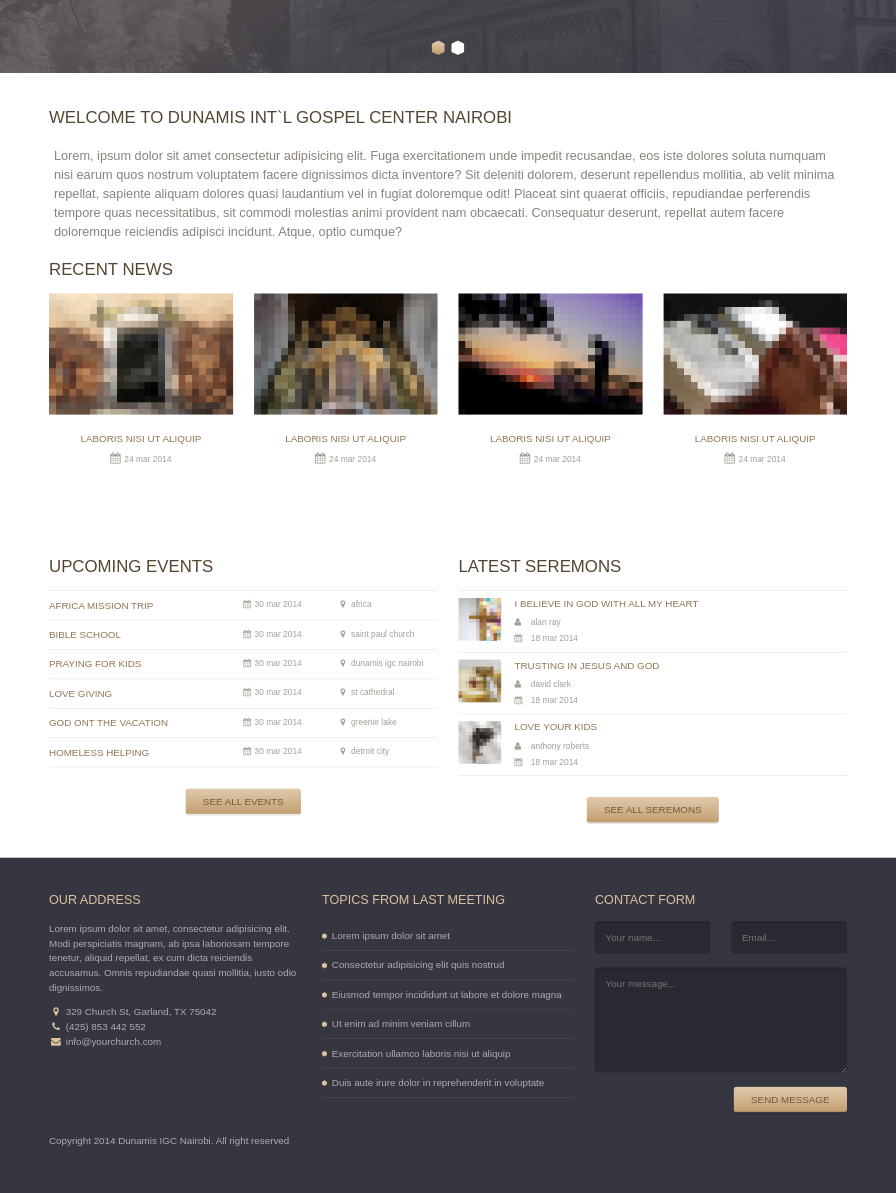
Repository: profbkmurage/churchWebsite
Page: index.html
These files come from the project's save history. The page is drawn as it stood at one moment and after the next save; the edit follows.
The browser window is 1280 px wide. The pictures show the part of the page from y = 716 to 2636 px (the page is 2420 px tall before and 2636 px after), at 70% of full size.

Above is the page before, as saved 2024-07-10 18:48:46.

After the next save:
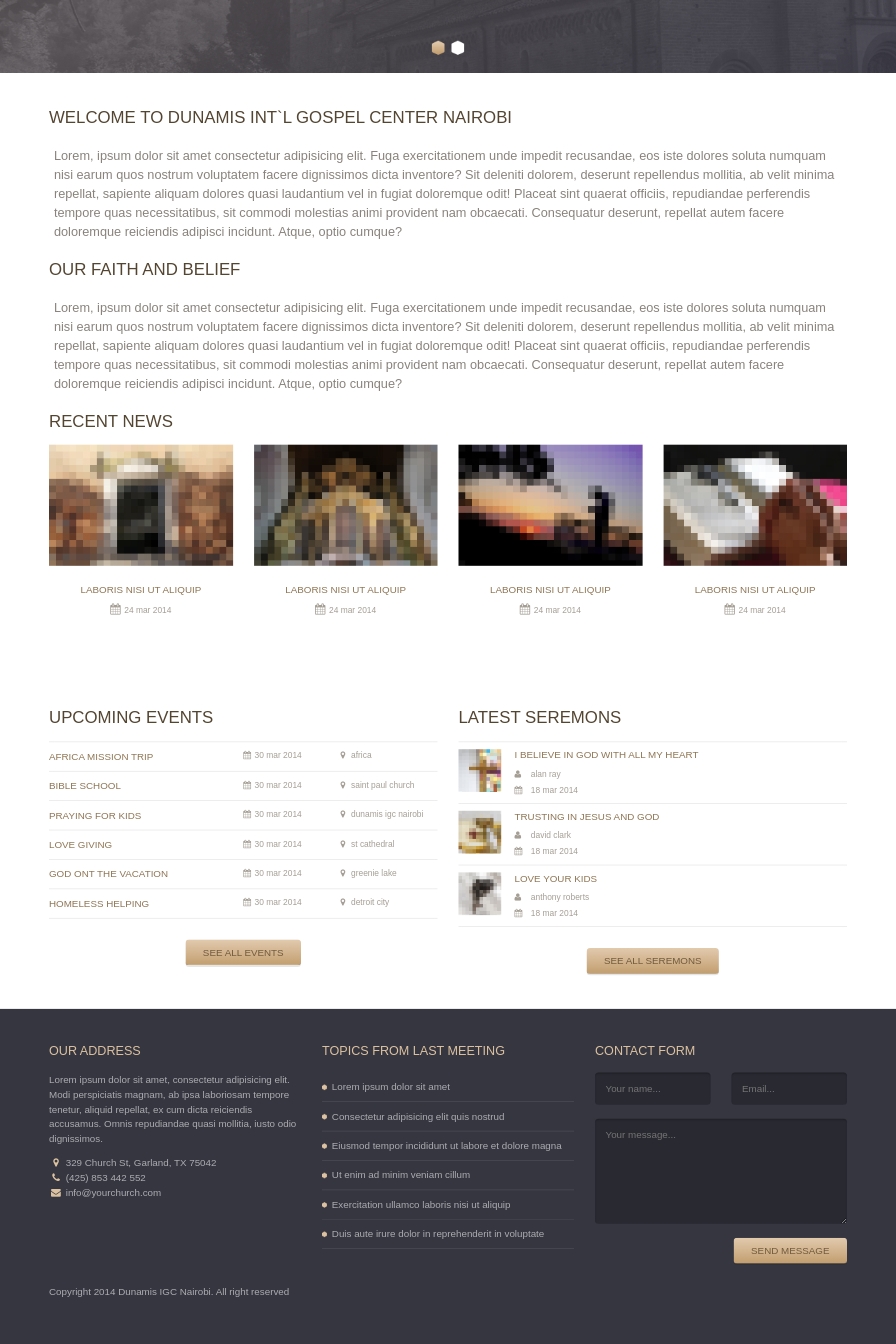
Saved 100 s later.
--- a/index.html
+++ b/index.html
@@ -80,6 +80,10 @@
 						<p class="welcomeNote">
 							Lorem, ipsum dolor sit amet consectetur adipisicing elit. Fuga exercitationem unde impedit recusandae, eos iste dolores soluta numquam nisi earum quos nostrum voluptatem facere dignissimos dicta inventore? Sit deleniti dolorem, deserunt repellendus mollitia, ab velit minima repellat, sapiente aliquam dolores quasi laudantium vel in fugiat doloremque odit! Placeat sint quaerat officiis, repudiandae perferendis tempore quas necessitatibus, sit commodi molestias animi provident nam obcaecati. Consequatur deserunt, repellat autem facere doloremque reiciendis adipisci incidunt. Atque, optio cumque?
 						</p>
+						<h2 class="section-title bluColor">Our faith and belief</h2>
+						<p class="welcomeNote">
+							Lorem, ipsum dolor sit amet consectetur adipisicing elit. Fuga exercitationem unde impedit recusandae, eos iste dolores soluta numquam nisi earum quos nostrum voluptatem facere dignissimos dicta inventore? Sit deleniti dolorem, deserunt repellendus mollitia, ab velit minima repellat, sapiente aliquam dolores quasi laudantium vel in fugiat doloremque odit! Placeat sint quaerat officiis, repudiandae perferendis tempore quas necessitatibus, sit commodi molestias animi provident nam obcaecati. Consequatur deserunt, repellat autem facere doloremque reiciendis adipisci incidunt. Atque, optio cumque?
+						</p>
 						<h2 class="section-title bluColor">Recent news</h2>
 
 						<div class="row">
